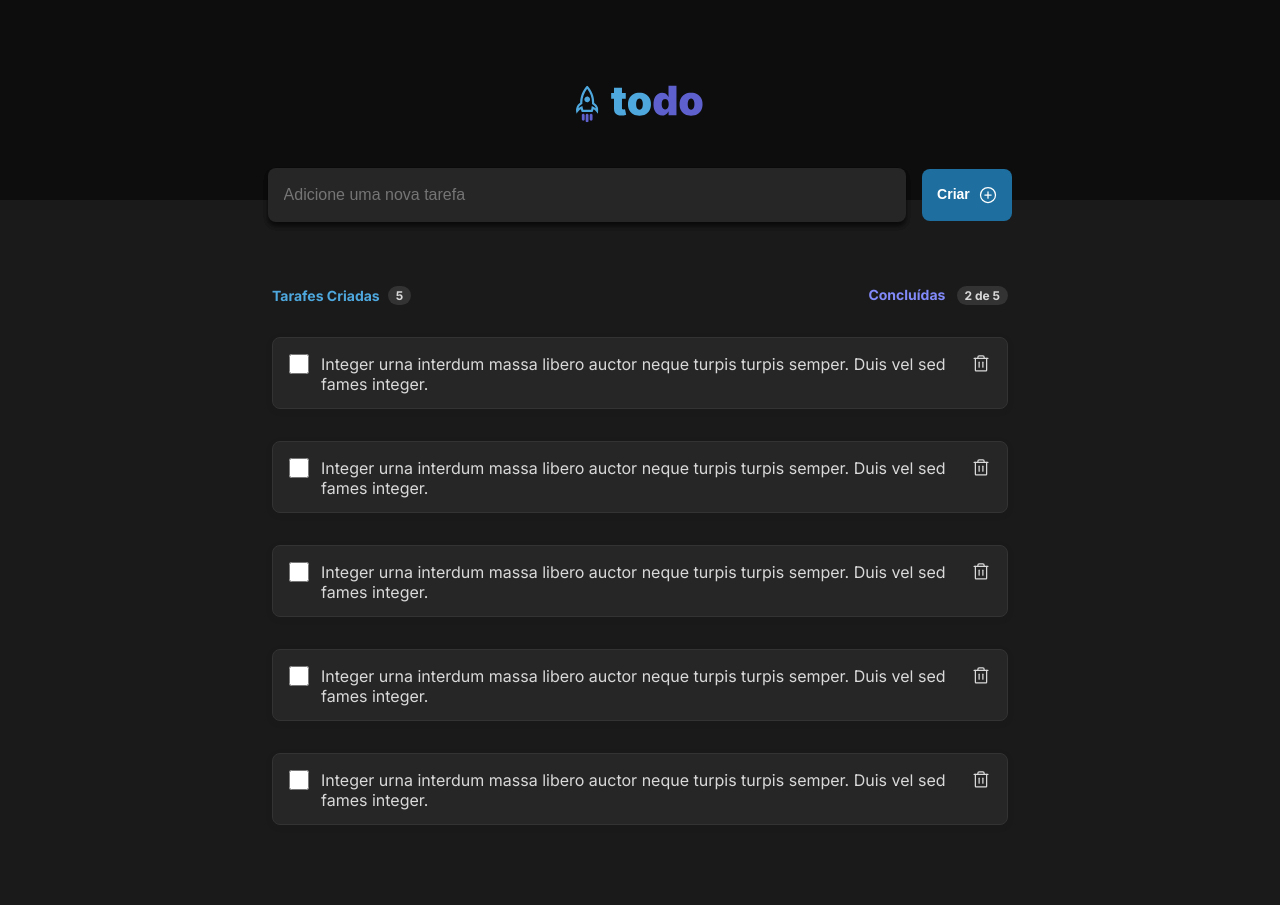
Repository: guilhermecardoso93/todolistreact
Page: /
These files come from the project's save history. The page is drawn as it stood at one moment and after the next save; the edit follows.
The browser window is 1280 px wide. The pictures show the whole page.
The project was rebuilt for these pictures with package versions that can differ from the ones it lists, and the page was loaded fresh each time. Also part of the build but not shown: vite.config.ts.

Above is the page before, as saved 2022-07-02 20:41:10.

### index.html
<!DOCTYPE html>
<html lang="en">
  <head>
    <meta charset="UTF-8" />
    <link rel="icon" type="image/svg+xml" href="/src/favicon.svg" />
    <link rel="preconnect" href="https://fonts.googleapis.com" />
    <link rel="preconnect" href="https://fonts.gstatic.com" crossorigin />
    <meta name="viewport" content="width=device-width, initial-scale=1.0" />
    <link
      href="https://fonts.googleapis.com/css2?family=Inter:wght@400;500;600;700&display=swap"
      rel="stylesheet"
    />
    <title>to do list</title>
  </head>
  <body>
    <div id="root"></div>
    <script type="module" src="/src/main.tsx"></script>
  </body>
</html>

### src/App.tsx
import "./global.css";
import { Header } from "./Header";
import { Tasks } from "./Tasks";

function App() {
  return (
    <>
      <Header />
      <div>
        <Tasks/>
      </div>
    </>
  );
}

export default App;

### src/global.css
:root {
  --white: #fff;

  --gray-100: #f2f2f2;
  --gray-100: #d9d9d9;
  --gray-300: #808080;
  --gray-400: #333333;
  --gray-500: #262626;
  --gray-600: #1a1a1a;
  --gray-700: #0d0d0d;

  --danger: #e25858;

  --purple: #828afa;
  --purple-dark: #5e60ce;

  --blue: #4ea8de;
  --blue-dark: #1e6f9f;
}

* {
  margin: 0;
  padding: 0;
  box-sizing: border-box;
}

body {
  -webkit-font-smoothing: antialiased;
  font-family: 'Inter', sans-serif;
  background: var(--gray-600);
}

### src/Header.tsx
import  Logo  from "./assets/logo.svg";

import styles from "./Header.module.css";

export function Header() {
  return (
    <header className={styles.header}>
      <img src={Logo} alt='logo' className={styles.logo}/>
    </header>
  );
}

### src/Tasks.tsx
import { Trash } from "phosphor-react";
import { TaskBar } from "./TasksBar";
import { TaskList } from "./TasksList";

import styles from "./Tasks.module.css";

export function Tasks() {
  return (
    <div className={styles.content}>
      <TaskBar />
      <div>
        <div className={styles.titles}>
          <div className={styles.titlesMake}>
            <p className={styles.titlesMakeTitle}>Tarafes Criadas</p>
            <p className={styles.titlesMakeTitleNumber}> 5 </p>
          </div>
          <div className={styles.titles}>
            <p className={styles.titlesDoneTitle}>Concluídas</p>
            <p className={styles.titlesDoneTitleNumber}> 2 de 5 </p>
          </div>
        </div>
        <TaskList />
        <TaskList />
        <TaskList />
        <TaskList />
        <TaskList />
      </div>
    </div>
  );
}

### src/Header.module.css
.header {
  height: 12.5rem;
  background: var(--gray-700);
  display: flex;
  justify-content: center;
  align-items: center;
}

.logo {
  height: 4rem;
  width: 8rem;
}

### src/TasksBar.tsx
import { PlusCircle } from "phosphor-react";

import styles from "./TasksBar.module.css";

export function TaskBar() {
  return (
    <div className={styles.container}>
      <input type="text" placeholder="Adicione uma nova tarefa" />
      <button>
        {" "}
        Criar <PlusCircle size={20} />{" "}
      </button>
    </div>
  );
}

### src/TasksList.tsx
import { Trash } from "phosphor-react";

import styles from "./TasksList.module.css";

export function TaskList() {
  return (
    <div>
      <div className={styles.tasksList}>
        <div className={styles.tasksListItem}>
          <div>
            <input type="checkbox" name="a" className={styles.tasksListCheck} />
          </div>
          <div>
            <p>
              Integer urna interdum massa libero auctor neque turpis turpis
              semper. Duis vel sed fames integer.{" "}
            </p>
          </div>
          <div>
            <button className={styles.delete}>
              <Trash size={20} />{" "}
            </button>
          </div>
        </div>
      </div>
    </div>
  );
}

### src/Tasks.module.css
.content {
  display: flex;
  flex-direction: column;
  align-items: center;
  justify-content: space-between;
  margin: auto;
  margin-bottom: 5rem;

  width: 736px;
  gap: 4rem;
}

.titles {
  display: flex;
  align-itens: center;
  justify-content: space-between;
  gap: 0.7rem;
}

.titlesMake,
.titleDone {
  display: flex;
  flex-direction: row;
  justify-content: center;
  align-items: center;
  gap: 0.5rem;
}
.titlesMakeTitle {
  color: var(--blue);
  font-weight: bold;
  font-weight: 700;
  font-size: 14px;
  line-height: 17px;
}

.titlesDoneTitle {
  color: var(--purple);
  font-weight: bold;
  font-weight: 700;
  font-size: 14px;
  line-height: 17px;
}

.titlesMakeTitleNumber,
.titlesDoneTitleNumber {
  display: flex;
  flex-direction: column;
  justify-content: center;
  align-items: center;

  width: auto;
  padding: 2px 8px;
  height: 19px;

  background: var(--gray-400);
  color: var(--gray-100);
  border-radius: 999px;

  font-style: normal;
  font-weight: 700;
  font-size: 12px;
  line-height: 15px;
}

### src/TasksBar.module.css
.container {
  display: flex;
  align-items: center;
  justify-content: center;
  margin-top: -2rem;
  gap: 1rem;
}

.container input {
  background-color: var(--gray-500);
  color: var(--gray-300);
  width: 39.93rem;
  padding: 1rem;

  font-style: normal;
  font-weight: 400;
  font-size: 1rem;
  line-height: 140%;

  border: 1px solid var(--grey-700);
  box-shadow: 0px 4px 4px rgba(0, 0, 0, 0.25), 0px 4px 4px rgba(0, 0, 0, 0.25),
    0px 4px 4px rgba(0, 0, 0, 0.25);
  border-radius: 8px;
}

.container input:focus {
  color: var(--gray-100);
}

.container button {
  background: var(--blue-dark);
  color: var(--white);
  gap: 0.5rem;
  display: flex;
  align-items: center;
  justify-content: center;
  border-radius: 8px;
  height: 3.25rem;
  width: 5.62rem;
  border: none;

  font-style: normal;
  font-weight: 700;
  font-size: 14px;
  line-height: 140%;
  cursor: pointer;

  transition: 0.2s;
}

.container button:hover {
  background: var(--blue);
}

### src/TasksList.module.css
.tasksList {
  display: flex;
  flex-direction: column;
  gap: 1rem;

  margin-top: 2rem;
}

.tasksListItem {
  display: flex;
  flex-direction: row;
  align-items: flex-start;
  padding: 16px;
  gap: 12px;

  border: 1px solid #333333;
  box-shadow: 0px 2px 8px rgba(0, 0, 0, 0.06);
  border-radius: 8px;
  background: var(--gray-500);
  color: var(--gray-100);

  width: 736px;
  height: 72px;
}

.tasksListCheck {
  display: block;
  top: 9px;
  left: 9px;
  width: 20px;
  height: 20px;
  border-radius: 100%;
  background: white;
}

.delete {
  background: none;
  border: none;
  color: var(--gray-100);
  cursor: pointer;

  transition: 0.2s;
}

.delete:hover {
  color: var(--danger);
}

Loaded but not shown: src/main.tsx (common file)

After the next save:
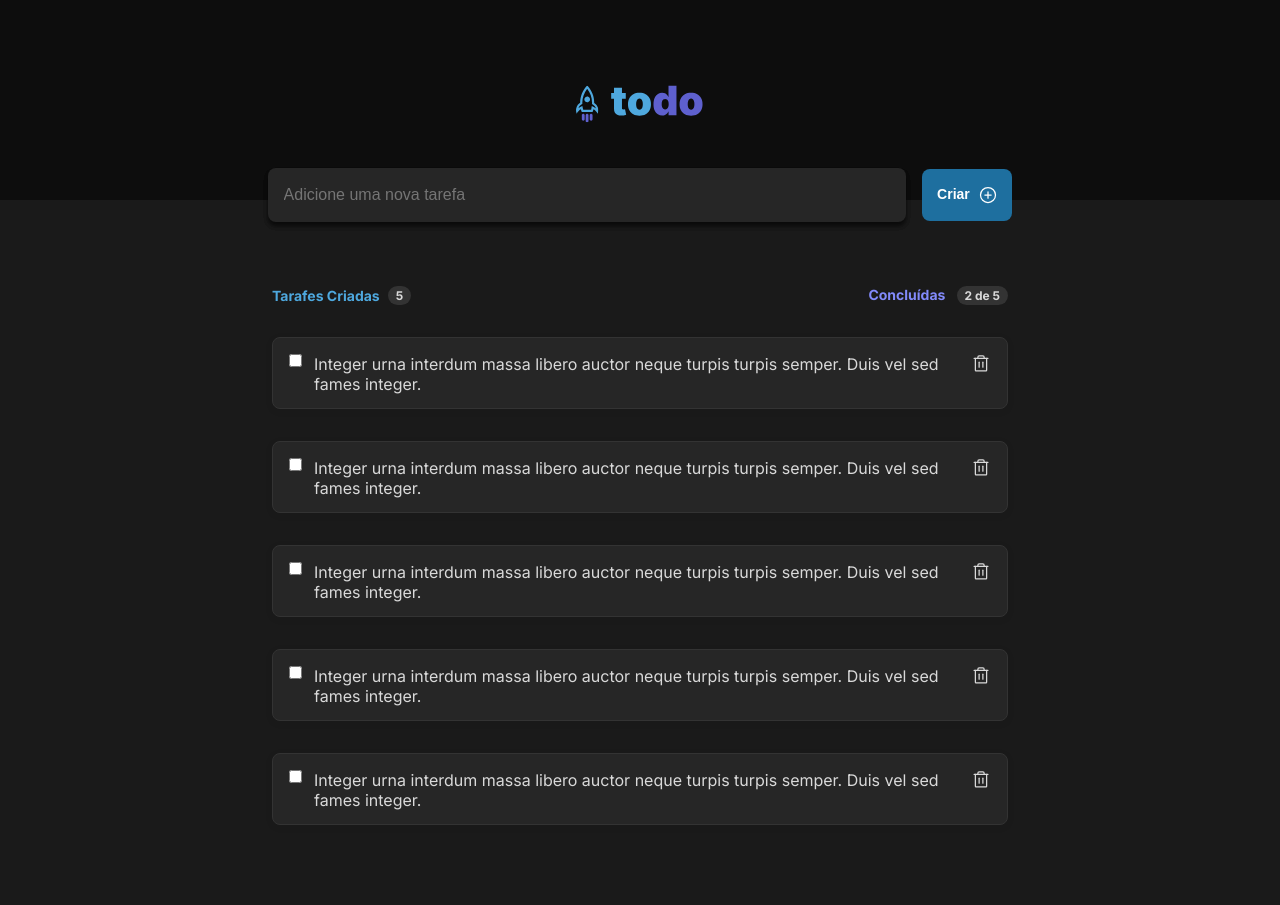
Saved 54 s later.
--- a/src/TasksList.module.css
+++ b/src/TasksList.module.css
@@ -25,12 +25,15 @@
 
 .tasksListCheck {
   display: block;
-  top: 9px;
-  left: 9px;
-  width: 20px;
-  height: 20px;
-  border-radius: 100%;
-  background: white;
+  position: relative;
+  padding-left: 35px;
+  margin-bottom: 12px;
+  cursor: pointer;
+  font-size: 22px;
+  -webkit-user-select: none;
+  -moz-user-select: none;
+  -ms-user-select: none;
+  user-select: none;
 }
 
 .delete {
